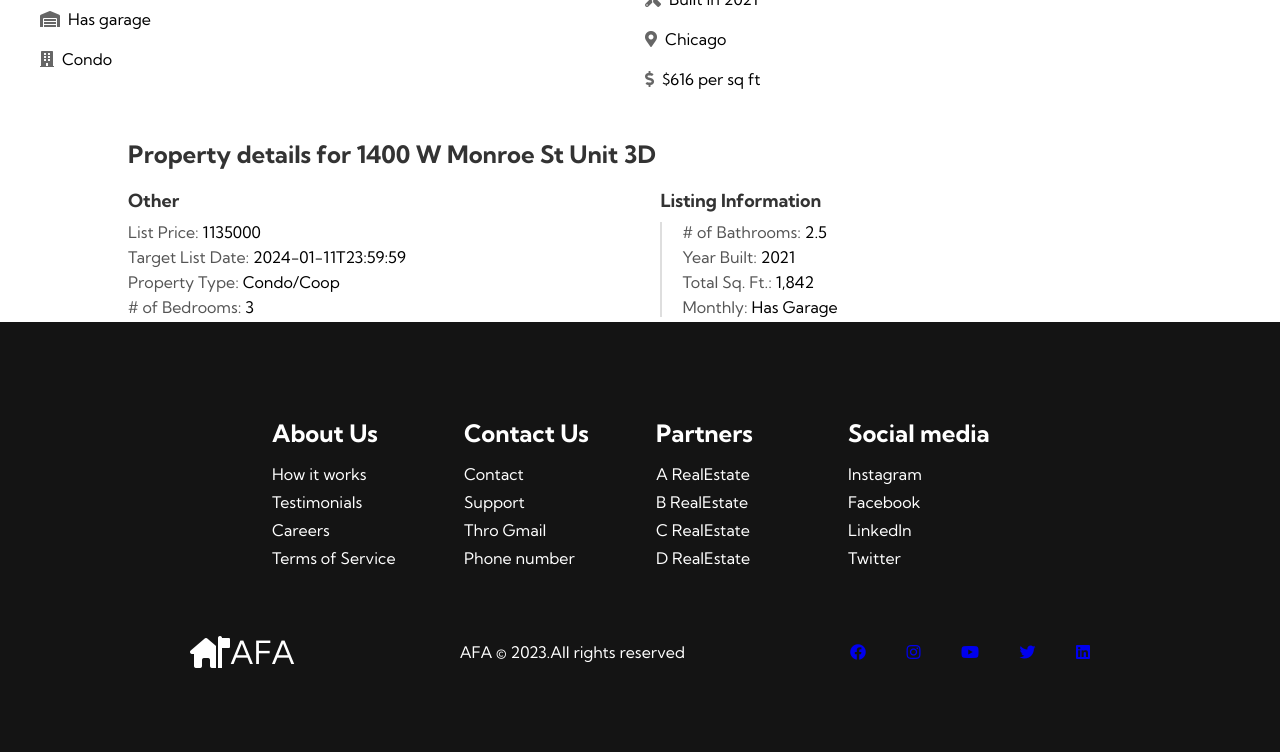
Repository: MrAllin1/ProgWWW_23_Gr1
Page: pages/Apartment1.html
The author's editor kept a copy of each file at every save. The page is drawn from the files as they stood at one save, then again after a run of saves.
The browser window is 1280 px wide. The pictures show the part of the page from y = 1020 to 1972 px (the page is 1772 px tall before and 1972 px after).
A picture or video elsewhere on the page could not be fetched, so the positions and the page height are approximate. Some web libraries are served in a nearby version.

Above is the page before, as saved 2024-01-11 02:41:04.

### pages/Apartment1.html
<!DOCTYPE html>
<html lang="en">
<head>
    <meta charset="UTF-8">
    <meta name="viewport" content="width=device-width, initial-scale=1.0">
    <link rel="stylesheet" type="text/css" href="../pages/stylesForHouse.css">
    <script src="https://kit.fontawesome.com/186711ed6a.js" crossorigin="anonymous"></script>
    <link rel="preconnect" href="https://fonts.googleapis.com">
    <link rel="preconnect" href="https://fonts.gstatic.com" crossorigin>
    <link href="https://fonts.googleapis.com/css2?family=Kumbh+Sans:wght@400;700&display=swap" rel="stylesheet">
    <link rel="stylesheet" href="https://cdnjs.cloudflare.com/ajax/libs/font-awesome/5.15.1/css/all.min.css">
    <title>Apartment on Chicago</title>
</head>
<body>
    <nav class="navbar">
        <div class="navbar_container">
            <a href="/" id="navbar_logo"> <i class="fas fa-house-flag"></i>AFA</a>
            <div class="navbar_toggle" id="mobile-menu">
                <span class="bar"></span>
                <span class="bar"></span>
                <span class="bar"></span>
            </div>
            <ul class="navbar_menu">
                <li class="navbar_item">
                    <a href="#home" class="navbar_link">Home</a>
                </li>
                <li class="navbar_item">
                    <a href="#services" class="navbar_link">Services</a>
                </li>
                <li class="navbar_item">
                    <a href="/pages/BuyRent.html" class="navbar_link">Buy/Rent</a>
                </li>
                <li class="navbar_item">
                    <a href="/pages/sell.html" class="navbar_link">Sell</a>
                </li>
                <li class="navbar_btn">
                    <a href="/pages/signUp.html" class="button">Sign Up</a>
                </li>
            </ul>
        </div>
    </nav>
    <div class="gallery-container">
        <h1>Welcome to the Chicago, IL 60607 Apartment</h1> </br>
        <a href="https://www.google.com/maps/place/1400+W+Monroe+St+Unit+3D,+Chicago,+IL+60607/@41.8921309,-87.6437649,17z/data=!3m1!4b1!4m5!3m4!1s0x880e2c022b8c54db:0xb0636704019237d3!8m2!3d41.8921309!4d-87.6415762" target="_blank" class="services_link1">1400 W Monroe St Unit 3D, Chicago, IL 60607</a> </br>
        <p>$1,135,000</p></br>
        <span> 171 square meters</span>
        <div class="gallery">
            <img src="/images/Apartment_1/item_1.jpg" alt="Image 1" />
            <img src="/images/Apartment_1/item_2.jpg" alt="Image 2" />
            <img src="/images/Apartment_1/item_3.jpg" alt="Image 3" />
            <img src="/images/Apartment_1/item_4.jpg" alt="Image 4" />
            <img src="/images/Apartment_1/item_5.JPG" alt="Image 5" />
            <img src="/images/Apartment_1/item_6.JPG" alt="Image 6" />
            <img src="/images/Apartment_1/item_7.JPG" alt="Image 7" />
            <img src="/images/Apartment_1/item_8.JPG" alt="Image 8" />
            <img src="/images/Apartment_1/item_9.JPG" alt="Image 9" />
            <img src="/images/Apartment_1/item_10.jpg" alt="Image 10" />
            <img src="/images/Apartment_1/item_11.jpg" alt="Image 11" />
            <img src="/images/Apartment_1/item_12.jpg" alt="Image 12" />
            <img src="/images/Apartment_1/item_13.jpg" alt="Image 13" />
            <img src="/images/Apartment_1/item_14.jpg" alt="Image 14" />
            <img src="/images/Apartment_1/item_15.JPG" alt="Image 15" />
            <img src="/images/Apartment_1/item_16.jpg" alt="Image 16" />
            <img src="/images/Apartment_1/item_17.jpg" alt="Image 17" />
            <img src="/images/Apartment_1/item_18.jpg" alt="Image 18" />
            <img src="/images/Apartment_1/item_19.jpg" alt="Image 19" />
            <img src="/images/Apartment_1/item_20.jpg" alt="Image 20" />
            <img src="/images/Apartment_1/item_21.jpg" alt="Image 21" />
            <img src="/images/Apartment_1/item_22.jpg" alt="Image 22" />
          </div>

          <button class="arrow-button left">&#8249;</button>
          <button class="arrow-button right">&#8250;</button>
          <p> About this home
            Stunning 3Bed/2.5Bath corner condo in the gorgeous, newer construction 1400 W Monroe Residences!
            Distinctly upgraded unit includes hardwood floors throughout, custom designed kitchen by Mojo Stumer
            with 3 cm quartz countertops, beautiful custom cabinetry, custom built-in Thermador appliances & Bosch
            dishwasher, sleek pendants & undercabinet kitchen lighting. Additional features include custom recessed
            lighting, Lutron Caseta Wireless Lighting Technology package with thermostat controls, RH dining light
            fixture, oversized black framed windows with custom remote shades in living/dining area, and private
            covered weather resistant balcony to enjoy grilling or afternoon sunsets. Primary suite features custom
            lighting, custom window treatments, expertly-designed dressing room with California closets and concealed
            storage for a luxury look as well as floating double vanity in primary bathroom with 3 cm quartz countertops,
            dual illuminated frameless wall mounted medicine cabinets, Kallista rain shower head with separate shower spray,
            and Kallista faucets. The two additional bedrooms include custom window treatments and Elfa customizable closet
            systems. Extra convenient private storage closet directly outside unit and oversized garage parking spot that
            were purchased separately are both included. This gorgeous boutique building has secure ButterflyMX building
            access, package room including cold storage for grocery delivery, and dog washing station in garage. Ideal
            location on tree-lined street walkable to Skinner Park, right across from West Loop 569 Dog Park, Whitney
            Young Magnet High School, and Michelle Obama Athletic Field Park & Tennis Courts. Near Mariano's, Target,
            Whole Foods, WNDR Museum, Chicago Children's Theatre, highways, all Chicago's best restaurants/nightlife,
            and in Skinner School District.</p>
    </div>
</br>
    <div class="property-features">
      <div class="feature">
        <i class="far fa-clock"></i> 6 days on AFA
      </div>
      <div class="feature">
        <i class="fas fa-warehouse"></i> Has garage
      </div>
      <div class="feature">
        <i class="fas fa-building"></i> Condo
      </div>
      <div class="feature">
        <i class="fas fa-hand-holding-usd"></i> $532 monthly HOA fee
      </div>
      <div class="feature">
        <i class="fas fa-tools"></i> Built in 2021
      </div>
      <div class="feature">
        <i class="fas fa-map-marker-alt"></i> Chicago
      </div>
      <div class="feature">
        <i class="fas fa-dollar-sign"></i> $616 per sq ft
      </div>
    </div>

    <div class="container">
        <h1>Property details for 1400 W Monroe St Unit 3D</h1>

        <div class="details">
          <div class="section">
            <h2>Other</h2>
            <ul>
              <li><strong>List Price:</strong> 1135000</li>
              <li><strong>Target List Date:</strong> 2024-01-11T23:59:59</li>
              <li><strong>Property Type:</strong> Condo/Coop</li>
              <li><strong># of Bedrooms:</strong> 3</li>
            </ul>
          </div>

          <div class="section right">
            <h2>Listing Information</h2>
            <ul>
              <li><strong># of Bathrooms:</strong> 2.5</li>
              <li><strong>Year Built:</strong> 2021</li>
              <li><strong>Total Sq. Ft.:</strong> 1,842</li>
              <li><strong>Monthly:</strong> Has Garage</li>
            </ul>
          </div>
        </div>
      </div>

    <div class="footer_container">
        <div class="footer_links">
            <div class="footer_link-wrapper">
                <div class="footer_link-items">
                    <h2>About Us</h2>
                    <a href="/">How it works</a>
                    <a href="/">Testimonials</a>
                    <a href="/">Careers</a>
                    <a href="/">Terms of Service</a>
                </div>
                <div class="footer_link-items">
                    <h2>Contact Us</h2>
                    <a href="/">Contact</a>
                    <a href="/">Support</a>
                    <a href="/">Thro Gmail</a>
                    <a href="/">Phone number</a>
                </div>
            </div>
            <div class="footer_link-wrapper">
                <div class="footer_link-items">
                    <h2>Partners</h2>
                    <a href="/">A RealEstate</a>
                    <a href="/">B RealEstate</a>
                    <a href="/">C RealEstate</a>
                    <a href="/">D RealEstate</a>
                </div>
                <div class="footer_link-items">
                    <h2>Social media</h2>
                    <a href="https://www.instagram.com" target="_blank">Instagram</a>
                    <a href="https://www.facebook.com" target="_blank">Facebook</a>
                    <a href="https://www.linkedin.com" target="_blank">LinkedIn</a>
                    <a href="https://www.twitter.com" target="_blank">Twitter</a>
                </div>
            </div>
        </div>
        <div class="social_media">
            <div class="social_media-wrap">
                <div class="footer_logo">
                    <a href="/" id="footer_logo"> <i class="fas fa-house-flag"></i>AFA</a>
                </div>
                <p class="website_rights">AFA © 2023.All rights reserved</p>
                <div class="social_icons">
                    <a href="/" class="social_icon_link" target="_blank"><i class="fab fa-facebook"></i></a>
                    <a href="https://www.instagram.com" class="social_icon_link" target="_blank"><i class="fab fa-instagram"></i></a>
                    <a href="https://www.facebook.com" class="social_icon_link" target="_blank"><i class="fab fa-youtube"></i></a>
                    <a href="https://www.twitter.com" class="social_icon_link" target="_blank"><i class="fab fa-twitter"></i></a>
                    <a href="https://www.linkedin.com" class="social_icon_link" target="_blank"><i class="fab fa-linkedin"></i></a>
                </div>
            </div>
        </div>
    </div>

    <script src="../app.js"></script>

</body>
</html>

Loaded but not shown: app.js (155 lines, source omitted); pages/stylesForHouse.css (743 lines, source omitted)

After the next 2 saves:
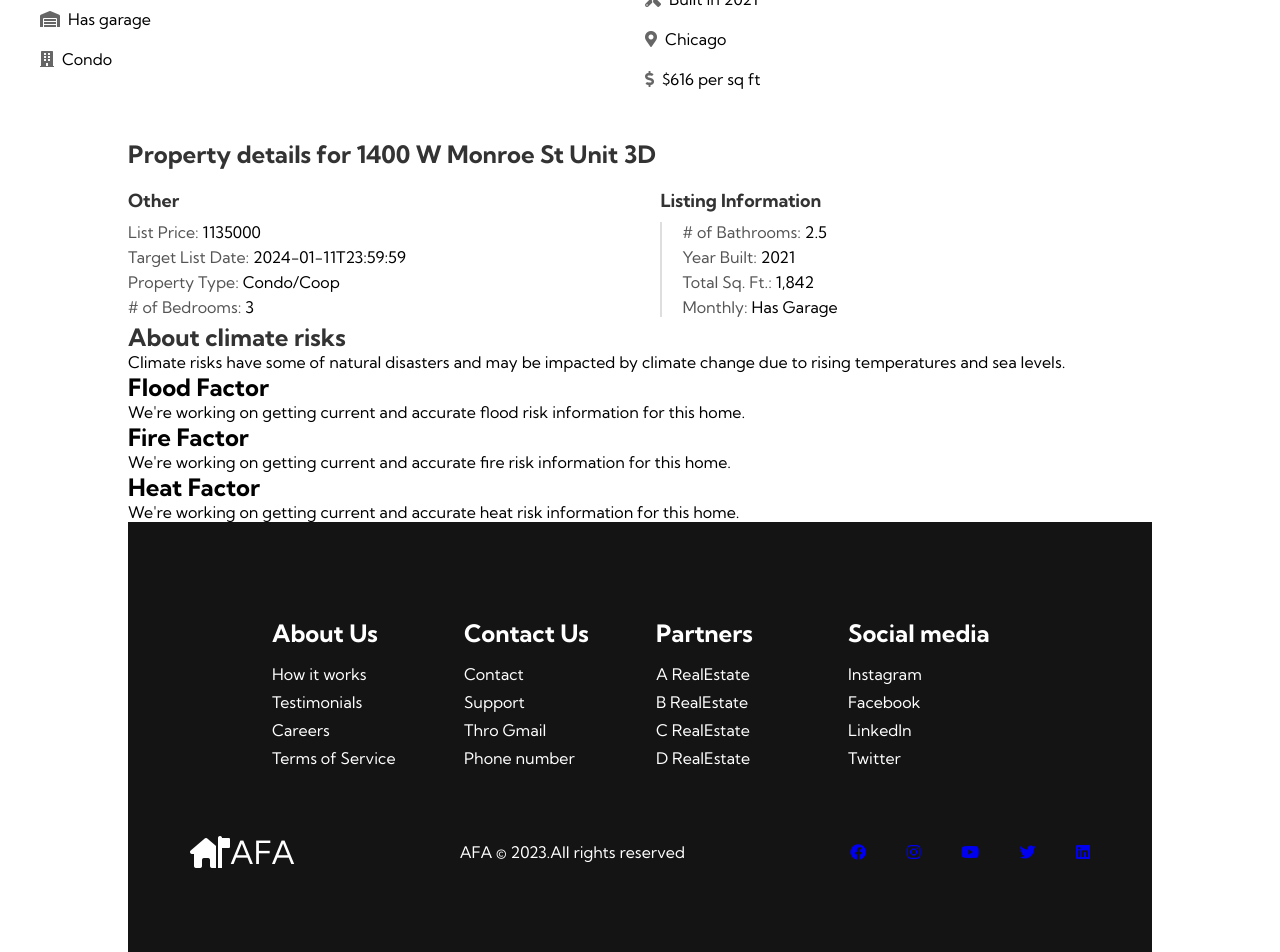
The 2 saves are shown as one change because they came seconds apart.
The last was saved 3 min 42 s later.
--- a/pages/Apartment1.html
+++ b/pages/Apartment1.html
@@ -142,6 +142,24 @@
         </div>
       </div>
 
+      <div class="container">
+        <h1>About climate risks</h1>
+        <p>Climate risks have some of natural disasters and may be impacted by climate change due to rising temperatures and sea levels.</p>
+
+        <div class="risk-factor" id="floodRisk">
+            <h2>Flood Factor</h2>
+            <p>We're working on getting current and accurate flood risk information for this home.</p>
+        </div>
+
+        <div class="risk-factor" id="fireRisk">
+            <h2>Fire Factor</h2>
+            <p>We're working on getting current and accurate fire risk information for this home.</p>
+        </div>
+
+        <div class="risk-factor" id="heatRisk">
+            <h2>Heat Factor</h2>
+            <p>We're working on getting current and accurate heat risk information for this home.</p>
+        </div>
     <div class="footer_container">
         <div class="footer_links">
             <div class="footer_link-wrapper">
